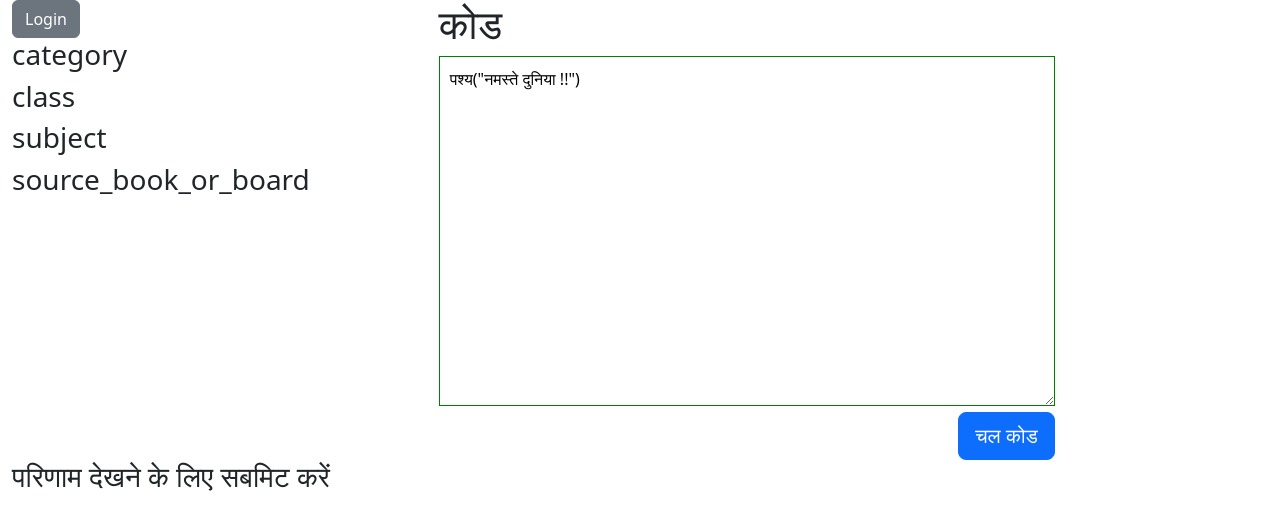
Repository: Vivek3072/webapp_shuniya_code.com
Page: /
These files come from the project's save history. The page is drawn as it stood at one moment and after the next save; the edit follows.
The browser window is 1280 px wide. The pictures show the whole page.
The project was rebuilt for these pictures with package versions that can differ from the ones it lists, and the page was loaded fresh each time. Also part of the build but not shown: src/components/Login.js, src/components/Singup.js, src/home/filteroptions.js, src/home/filteritems.js. Imported but missing from the stored project, and not drawn on this page: src/axiosApi.

Above is the page before, as saved 2021-03-03 16:49:47.

After the next save:
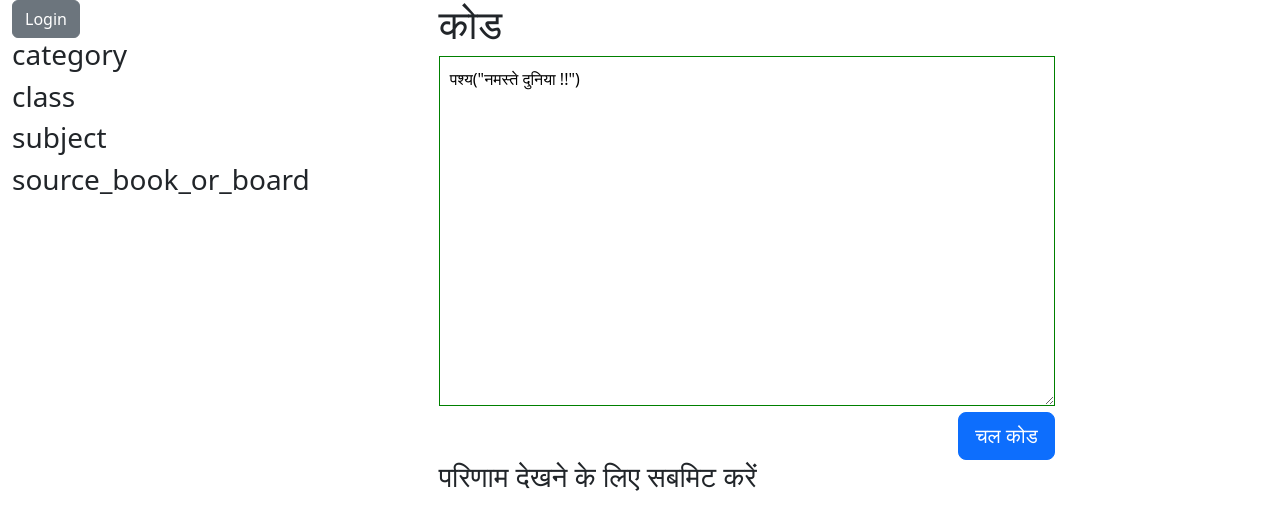
Saved 4 min 17 s later.
--- a/src/home/index.js
+++ b/src/home/index.js
@@ -147,12 +147,6 @@ export default class home extends Component {
                   चल कोड
                 </button>
               </div>
-
-            </div>
-            <div className="col-sm-12" col-md-2 col-lg-2></div>
-        </div>
-        <div className="row">
-        <div className="menu-bar"></div>
               {this.state.isSubmited ? (
                 <div>
                   <h1>परिणाम</h1>
@@ -170,6 +164,12 @@ export default class home extends Component {
               ) : (
                 <h3>परिणाम देखने के लिए सबमिट करें</h3>
               )}
+            </div>
+            <div className="col-sm-12" col-md-2 col-lg-2></div>
+        </div>
+        <div className="row">
+        <div className="menu-bar"></div>
+
         </div>
       </>
 
